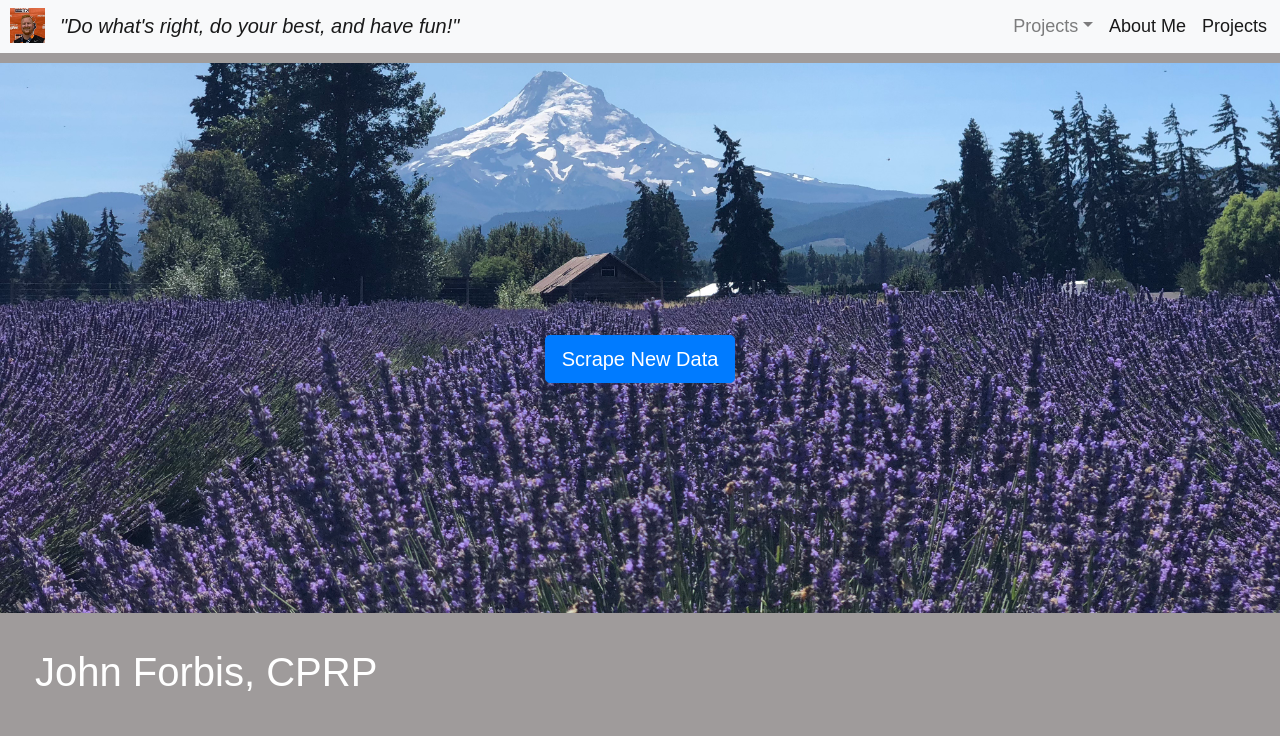
Repository: jforbis/john-forbis-data-analyst
Page: index.html
The author's editor kept a copy of each file at every save. The page is drawn from the files as they stood at one save, then again after the next save.
The browser window is 1280 px wide. The pictures show the part of the page from y = 0 to 736 px (the page is 1718 px tall).
A picture or video elsewhere on the page could not be fetched, so the positions and the page height are approximate. Backgrounds fixed to the window are drawn as part of the page.

Above is the page before, as saved 2021-03-17 23:13:13.

### index.html
<!DOCTYPE html>
<html lang="en">

<head>
<meta charset="UTF-8">
<title class="text">John Forbis, CPRP</title>
<!--Bootstrap style sheet-->
<link rel="stylesheet" href="https://stackpath.bootstrapcdn.com/bootstrap/4.3.1/css/bootstrap.min.css" integrity="sha384-ggOyR0iXCbMQv3Xipma34MD+dH/1fQ784/j6cY/iJTQUOhcWr7x9JvoRxT2MZw1T" crossorigin="anonymous">
<!--link to style sheet-->
<link rel="stylesheet" type="text/css" href="static/css/style.css">
</head>

<!--Top Nav Bar-->
<nav class="navbar-expand-lg navbar-light bg-light nav-color navbar nav">
    <a class="navbar-brand" href="about_me.html">
        <img class="headshot-sm" src="resources/images/headshot.jpg">
    </a>
    <a class="navbar-brand" id="tagline" href="index.html"> <i>"Do what's right, do your best, and have fun!"</i></a>
    <button class="navbar-toggler" type="button" data-bs-toggle="collapse" data-bs-target="#navbarSupportedContent"
        aria-controls="navbarSupportedContent" aria-expanded="false" aria-label="Toggle navigation">
        <span class="navbar-toggler-icon"></span>
    </button>
    <div class="collapse navbar-collapse justify-content-end" id="navbarSupportedContent">
        <div class="nav navbar-nav navbar-right">
            <ul class="navbar-nav me-auto mb-2 mb-lg-0">
                <li class="nav-item dropdown">
                    <a class="nav-link dropdown-toggle" href="#" id="navbarDropdown" role="button"
                        data-bs-toggle="dropdown" aria-expanded="false">Projects</a>
                    <ul class="dropdown-menu" aria-labelledby="navbarDropdown">
                        <a class="dropdown-item" href="visualizations/maxtemp.html">Schooling</a>
                        <a class="dropdown-item" href="visualizations/humidity.html">Career</a>
                        <a class="dropdown-item" href="visualizations/cloudiness.html">Accolades</a>
                    </ul>
                </li>
                <li class="nav-item active">
                    <a class="nav-link" href="comparisons.html">About Me </a>
                </li>
                <li class="nav-item active">
                    <a class="nav-link" href="data.html">Projects </a>
                </li>
            </ul>
        </div>
    </div>
</nav>

<div class="wrapper">
    <nav class="navbar navbar-default">
        <div class="container-fluid">
        <div class="navbar-header">
            <!-- <a class="navbar-brand" href="index.html">UFO Sightings
            <img class="nav-ufo" src="resources/images/headshot.jpg">
            </a> -->
        </div>
        </div>
    </nav>
    <div class="hero text-center">
        <h1 class="text"><b>JOHN FORBIS, CPRP</b></h1>
        <p><a class="btn btn-primary btn-lg" href="resources/images/img_1779.jpg" role="button">Scrape New Data</a></p>
    </div>

<body>
    <h1>John Forbis, CPRP</h1>
    <hr>
    <table>
        <tr>
            <td>
                <div class="card" style="width: 40rem;">
                    <img src="Resources/assets/images/Fig1.png" class="card-img-top" alt="...">
                    <div class="card-body">
                    <h5 class="card-title">My brand:</h5>
                    <p class="card-text">
                        Data analyst with a passion for innovation, data analysis and keeping it fun!
                        <br>
                        <br>
                        With a background in public service, facility management, and leadership of
                        muli-level teams as well as extensive training in both leadership and data analytics
                        through the Leadership Intensive program by The Changing Point and the University
                        of Kansas Data Analytics boot camp respectively, I would make a great addition
                        to any team. Acquired skills in: advanced Excel, Python, Pandas, API calls,
                        SQL, Java Script and Machine Learning.
                        <br><br>
                        I enjoy a good problem needing solved
                        and love to utilize data to tell the story. I am a proven innovator in my
                        career with a ‘can-do’ mindset; always searching for new and better solutions.

                    </p>
                    <a href="https://www.linkedin.com/in/john-forbis-cprp-96921513/" class="btn btn-primary">Connect with me!</a>
                    </div>
                </div>
            </td>
            <td style="vertical-align:bottom">
                <div class="second_card" style="width: 40rem;">
                        <div class="card-body">
                            <table>
                                <tr>
                                <th colspan=2>VISUALIZATIONS</th>
                                </tr>
                                <tr>
                                <td>Max Temp
                                    <a href="visualizations/maxtemp.html">
                                        <img src="Resources/assets/images/Fig1.png" class="card-img-top" alt="...">
                                    </a>
                                </td>
                                <td>Humidity
                                    <a href="visualizations/humidity.html">
                                        <img src="Resources/assets/images/Fig2.png" class="card-img-top" alt="...">
                                    </a>
                                </td>
                                </tr>
                                <tr>
                                    <td>Cloudiness
                                        <a href="visualizations/cloudiness.html">
                                            <img src="Resources/assets/images/Fig3.png" class="card-img-top" alt="...">
                                    </a>
                                    </td>
                                    <td>Wind Speed
                                        <a href="visualizations/windspeed.html">
                                            <img src="Resources/assets/images/Fig3.png" class="card-img-top" alt="...">
                                        </a>
                                    </td>
                                </tr>
                                <tr>
                                    <td>
                                        </br>
                                        </br>
                                        </br>
                                        </br>
                                        </br>
                                        </br>
                                        </br>
                                        </br>
                                        </br>
                                    </td>
                                </tr>
                                <tr>
                                    <td></td>
                                </tr>
                                <tr>
                                    <td></td>
                                </tr>
                                <tr>
                                    <td></td>
                                </tr>
                                <tr>
                                    <td></td>
                                </tr>
                                <tr>
                                    <td></td>
                                </tr>
                                <tr>
                                    <td></td>
                                </tr>
                            </table>
                        </div>
                </div>
            </td>
        </tr>
    </table>
</div>
</body>

<!--<table>
    <tr>
      <th>Month</th>
      <th>Savings</th>
    </tr>
    <tr>
      <td>January</td>
      <td>$100</td>
    </tr>
    <tr>
      <td>February</td>
      <td>$80</td>
    </tr>
    <tr>
      <td colspan="2">Sum: $180</td>
    </tr>
  </table>-->

### static/css/style.css
/* Styling for HTML elements */
body {
padding: 0;
margin: 0;
font-family: Georgia, "Times New Roman", Times, serif;
font-size: 18px;
line-height: 150%;
color: rgb(255, 255, 255);
background: #9f9b9b;
}

#word {
    font-family: Verdana;
    font-size: 10px;
    color: #9f9b9b;
}

.dropdown {
position: relative;
display: inline-block;
}

.dropdown-menu {
display: none;
position: absolute;
background-color: #f9f9f9;
min-width: 160px;
box-shadow: 0px 8px 16px 0px rgba(0,0,0,0.2);
padding: 12px 16px;
z-index: 1;
}

.dropdown:hover .dropdown-menu {
display: block;
}

h1 {
padding: 25px;
margin: 10px;
color: white
}

h3 {
margin-left: 35px;
color: white;
font-size: 16px
}

hr {
height: 2px;
background-color: white
}

.card {
color: #9f9b9b;
font-size: 14px;
margin-left: 40px;
margin-top: top;
border-color: #9f9b9b;
vertical-align: text-top
}

.second_card {
margin-top: -140px;
margin-left: 40px
}

.card-img-top {
width: 90%;
height: auto;
}

.card-title {
font-size: 18px
}

.top_row {
position: sticky;
top: 0;
background-color: #353A3F;
}

.navbar-expand-lg navbar-light bg-light nav-color navbar nav {
position: sticky;
top: 0;
}

* {
box-sizing: border-box;
font-family: Ubuntu, sans-serif;
}

html,
body {
height: 100%;
padding: 0;
margin: 0;
}

/* The wrapper contains all of the page's content besides the footer, which is pushed to the bottom of the page */
.wrapper {
position: relative;
min-height: 100%;
padding-bottom: 130px;
overflow: auto;
}

/* The footer is positioned at the bottom of the page */
.footer {
position: absolute;
right: 0;
bottom: 0;
left: 0;
min-height: 100px;
background: #4e5d6c;
}

/* The code styles the text at the bottom of the footer */
.footer > .bottom {
position: absolute;
right: 0;
bottom: 0;
left: 0;
padding: 5px;
background: #1b3146;
}

.navbar {
padding: 5px;
margin: 0;
}

/* This CSS styles the photo in the navbar */
.headshot-sm {
position: absolute;
bottom: 10px;
left: 10px;
width: 35px;
color: white;
}

#tagline {
    position: absolute;
    left: 60px;
    font-family: verdana;
}

/* Adding styles to the aside and filter form */
.ufo-form {
margin-top: 50px;
}

.filters .panel-body {
padding: 0;
}

.filters {
margin-top: 10px;
}

select {
display: block;
width: 100%;
padding: 8px;
color: #8e979f;
outline: none;
}

#table-area th {
text-align: center;
}

#table-area th:first-child,
#table-area th:nth-child(2),
#table-area th:nth-child(6) {
min-width: 70px;
}

.loader {
margin-top: 50px;
}

.margin-top-50 {
margin-top: 50px;
}

/* The styles for the parallax */
.hero {
position: relative;
height: 550px;
padding: 10px;
margin: 0;
background: black;
background-image: url("../../resources/images/IMG_1779.jpg");
background-attachment: fixed;
background-position: bottom center;
background-size: cover;
}

.hero h1 {
margin-top: 200px;
font-size: 0.1rem;
animation: title 1.2s forwards linear;
}

.hero p {
font-size: 2rem;
opacity: 0;
animation: subtitle 1.2s forwards linear;
animation-delay: 1.2s;
}

/* input placeholder color changes */
.form-control::-webkit-input-placeholder {
/* Chrome/Opera/Safari */
color: #8e979f;
}

.form-control::-moz-placeholder {
/* Firefox 19+ */
color: #8e979f;
}

.form-control:-ms-input-placeholder {
/* IE 10+ */
color: #8e979f;
}

.form-control:-moz-placeholder {
/* Firefox 18- */
color: #8e979f;
}

/* media queries which will only be activated at specific screen sizes */
@media (max-width: 800px) {
#table-area td {
    font-size: 1em;
}
}

@media (max-width: 500px) {
#table-area thead {
    display: none;
}

#table-area tr td:first-child {
    font-size: 1.8em;
    font-weight: bold;
    background: #1b3146;
}

#table-area tr td:last-child {
    margin-bottom: 20px;
}

#table-area tr td:last-child::after {
    display: block;
    width: 100%;
    height: 1px;
    margin-top: 20px;
    content: " ";
    background: aliceblue;
}

#table-area td {
    font-size: 1.25em;
}

#table-area tbody td {
    display: block;
    text-align: center;
}

#table-area tbody td::before {
    display: block;
    font-size: 1.4em;
    font-weight: bold;
    text-align: center;
    content: attr(data-th);
}

.hero h1 {
    animation: smaller-title 1.2s forwards linear;
}
}

/* keyframe animations which will be used to animate the title */
@keyframes title {
from {
    opacity: 0;
}

to {
    font-size: 7.5rem;
    opacity: 1;
}
}

@keyframes smaller-title {
from {
    opacity: 0;
}

to {
    font-size: 5.5rem;
    opacity: 1;
}
}

@keyframes subtitle {
from {
    opacity: 0;
}

to {
    opacity: 1;
}
}

After the next save:
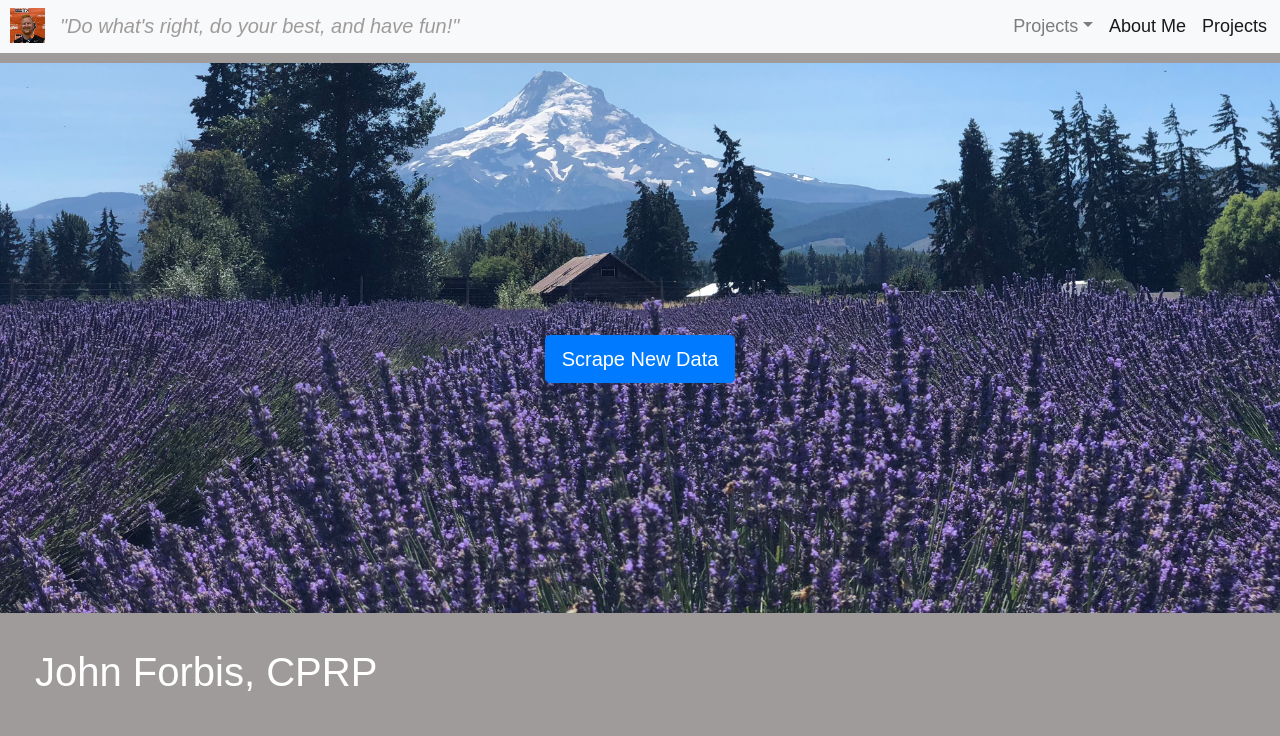
Saved 85 s later.
--- a/static/css/style.css
+++ b/static/css/style.css
@@ -9,12 +9,6 @@
 background: #9f9b9b;
 }
 
-#word {
-    font-family: Verdana;
-    font-size: 10px;
-    color: #9f9b9b;
-}
-
 .dropdown {
 position: relative;
 display: inline-block;
@@ -143,6 +137,7 @@
     position: absolute;
     left: 60px;
     font-family: verdana;
+    color: #9f9b9b;
 }
 
 /* Adding styles to the aside and filter form */
